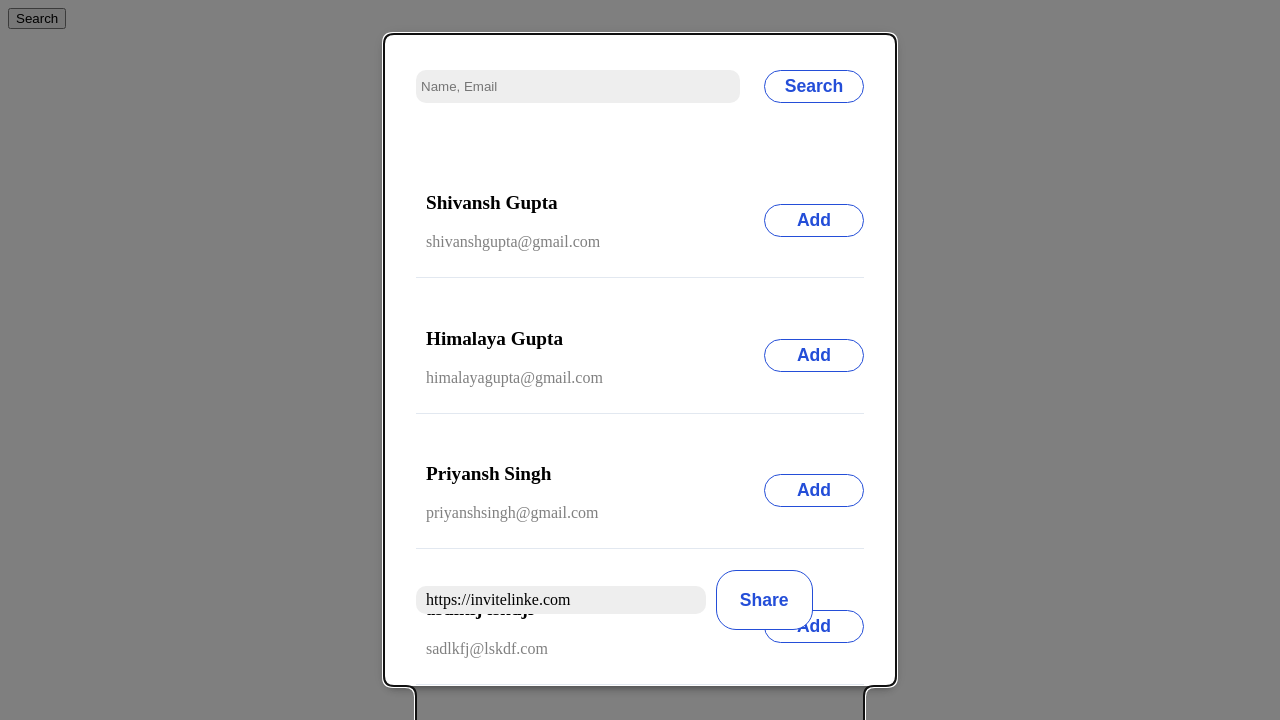
Repository: shiv0403/event-planner
Page: /, after clicking the first element matching `button`
These files come from the project's save history. The page is drawn as it stood at one moment and after the next save; the edit follows.
The browser window is 1280 px wide. The pictures show the whole page.
The project was rebuilt for these pictures with package versions that can differ from the ones it lists, and the page was loaded fresh each time.

Above is the page before, as saved 2021-07-27 12:27:37.

After the next save:
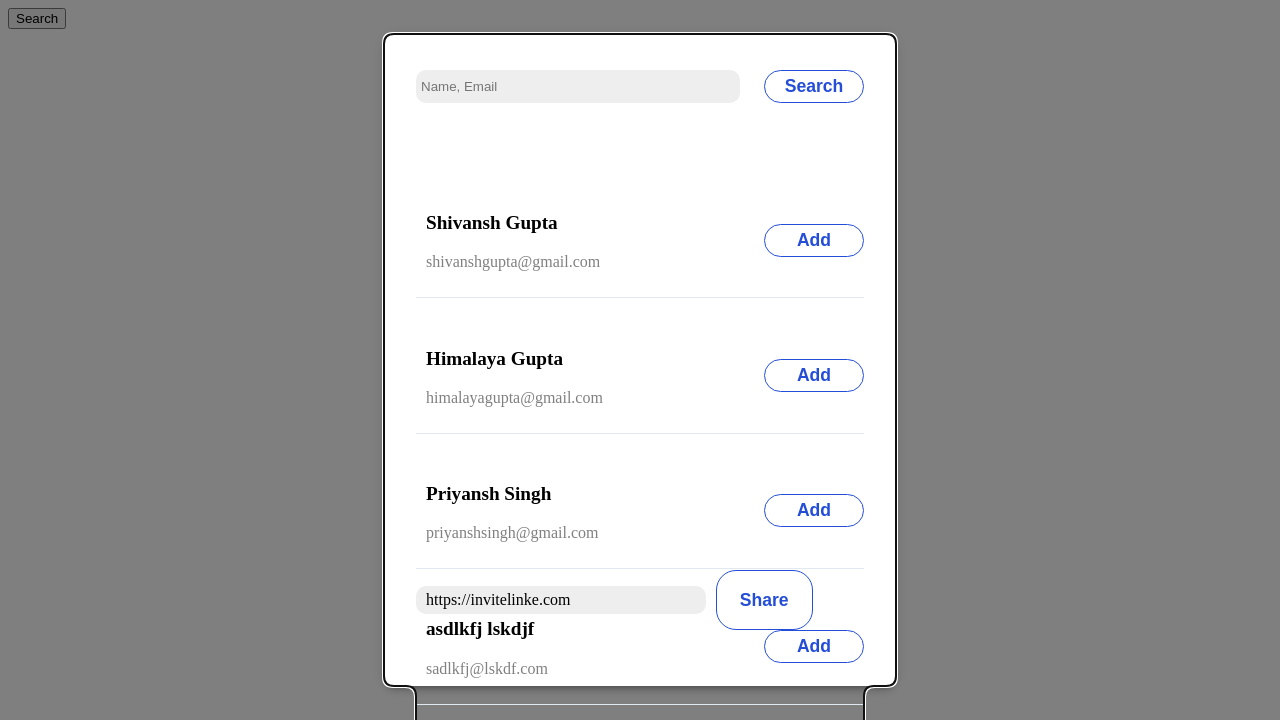
Saved 2 min 17 s later.
--- a/src/Components/SearchModal/SearchModal.css
+++ b/src/Components/SearchModal/SearchModal.css
@@ -25,6 +25,10 @@
   background-color: #fff;
   font-weight: 800;
   color: #244ed8;
+}
+
+.search__body {
+  overflow-y: auto;
 }
 
 .search__footer {
